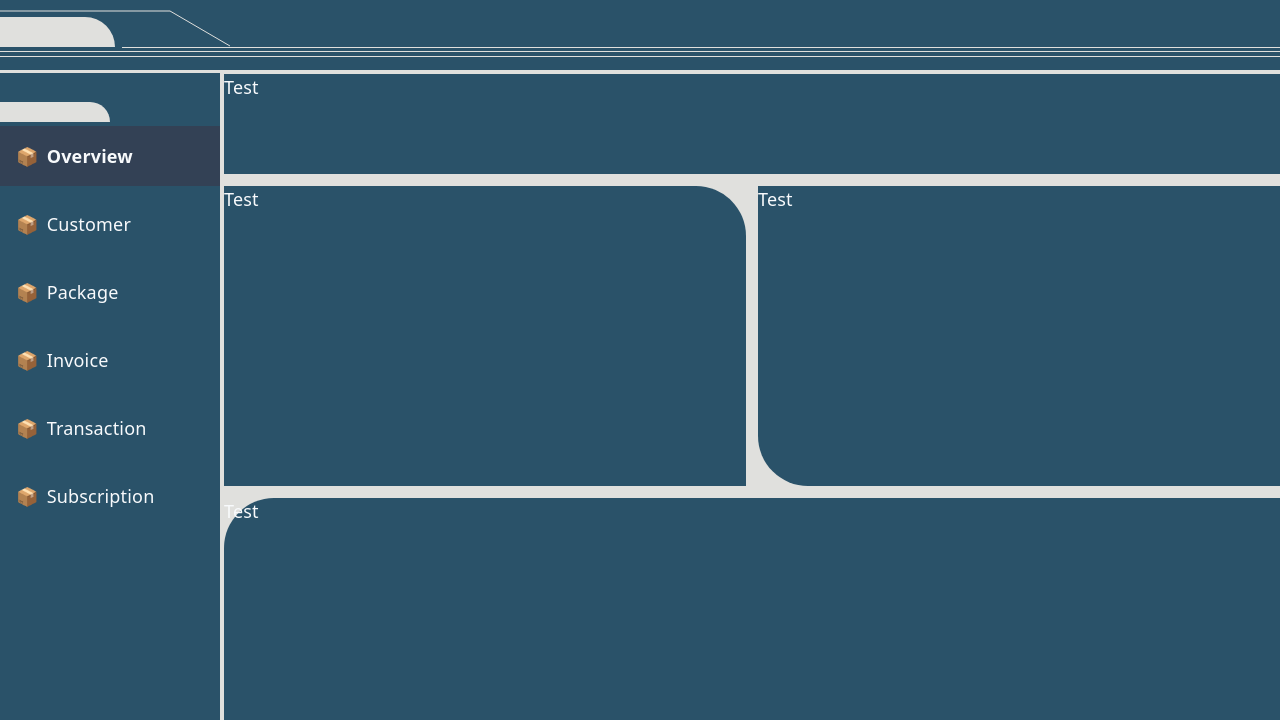
Repository: Farazdaq/stripe-payment-integration
Page: /dashboard (app in stripe-integration-react-dashboard/)
An editor plug-in stored every save of this project. The page is shown before and after the next save, followed by the edit.
The browser window is 1280 px wide. The pictures show the whole page.
An inner scrolling area shows only its first screen. The project was rebuilt for these pictures with package versions that can differ from the ones it lists, and the page was loaded fresh each time. Also part of the build but not shown: stripe-integration-react-dashboard/vite.config.ts, stripe-integration-react-dashboard/src/App.css, stripe-integration-react-dashboard/src/features/dashboard/pages/Customer.tsx, stripe-integration-react-dashboard/src/features/dashboard/pages/Package.tsx, stripe-integration-react-dashboard/src/features/dashboard/pages/Invoice.tsx, stripe-integration-react-dashboard/src/features/dashboard/pages/Transaction.tsx, stripe-integration-react-dashboard/src/features/dashboard/pages/Subscription.tsx.

Above is the page before, as saved 2026-05-12 17:02:06.

After the next save:
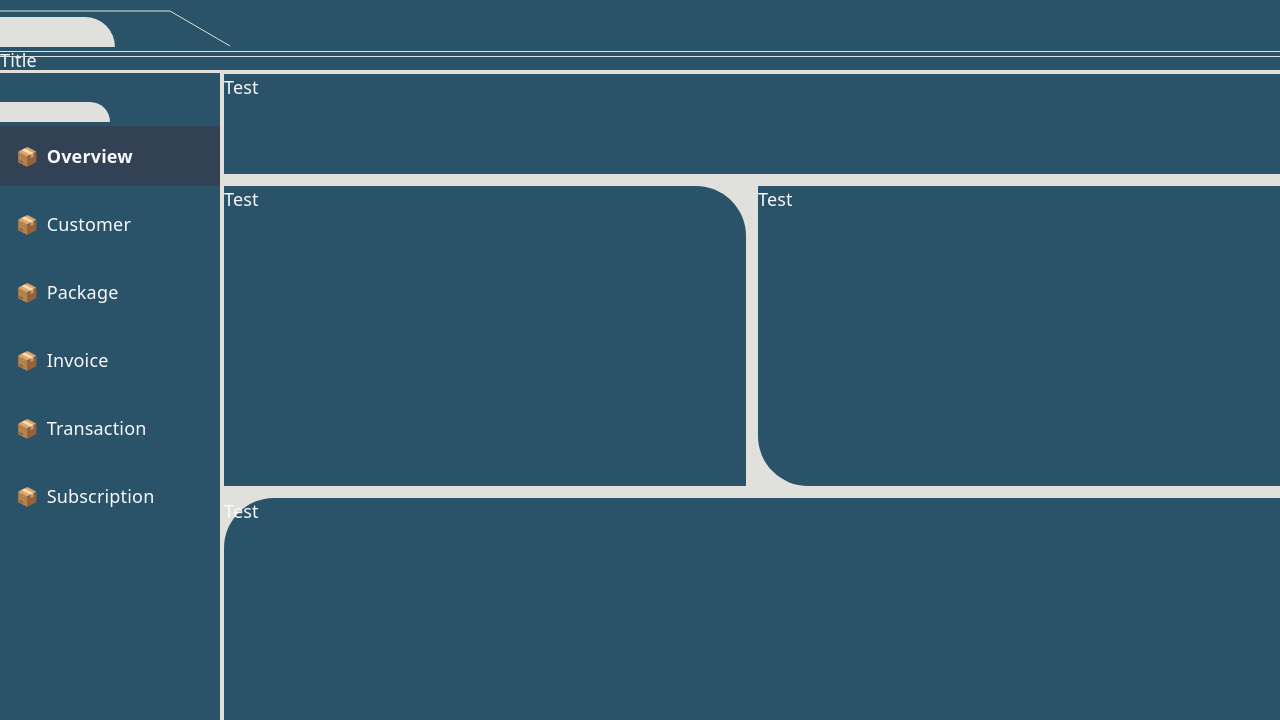
Saved 30 s later.
--- a/stripe-integration-react-dashboard/src/features/dashboard/layout/Navbar.tsx
+++ b/stripe-integration-react-dashboard/src/features/dashboard/layout/Navbar.tsx
@@ -28,6 +28,9 @@
               { d: 35 }, // go down 20px
             ]} // go to end of screen
           />
+          <div>
+            <p>Title</p>
+          </div>
 
           <div className="ml-[9.5%] mb-1">
             <LineDivider color="#E0E0DD" thickness="1px" />

After the save that followed:
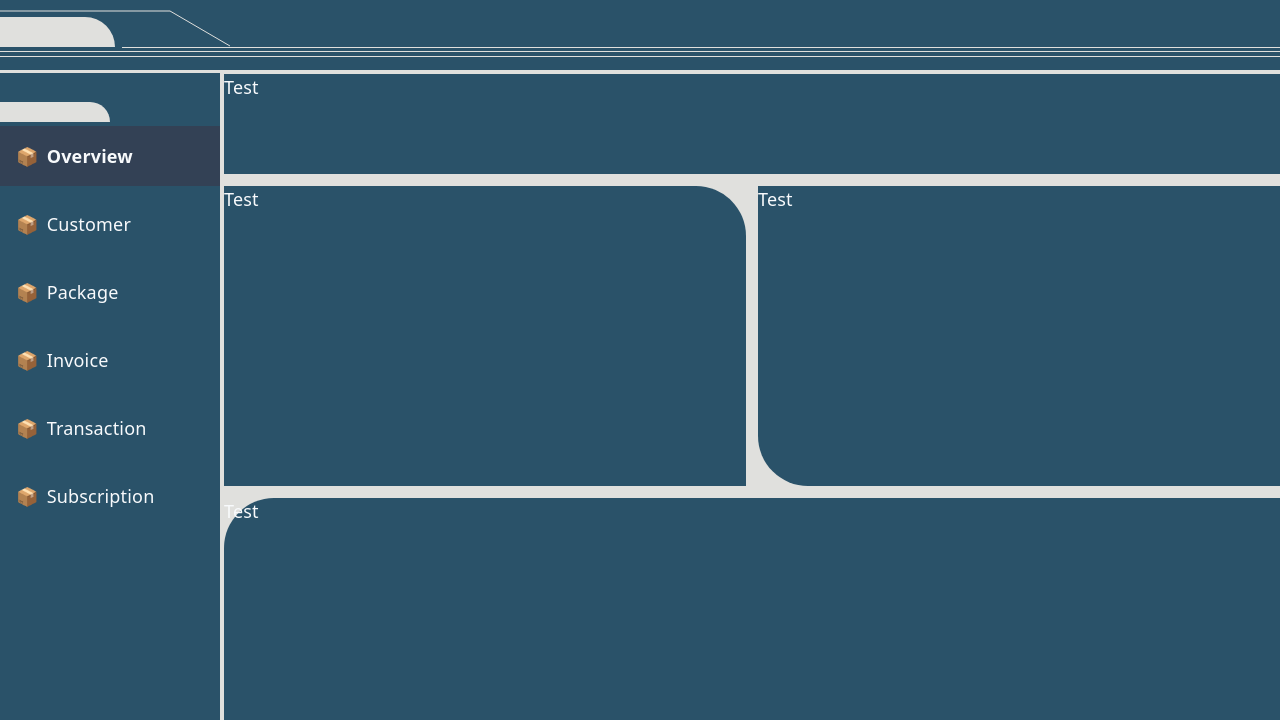
Saved 33 s later.
--- a/stripe-integration-react-dashboard/src/features/dashboard/layout/Navbar.tsx
+++ b/stripe-integration-react-dashboard/src/features/dashboard/layout/Navbar.tsx
@@ -28,9 +28,6 @@
               { d: 35 }, // go down 20px
             ]} // go to end of screen
           />
-          <div>
-            <p>Title</p>
-          </div>
 
           <div className="ml-[9.5%] mb-1">
             <LineDivider color="#E0E0DD" thickness="1px" />
